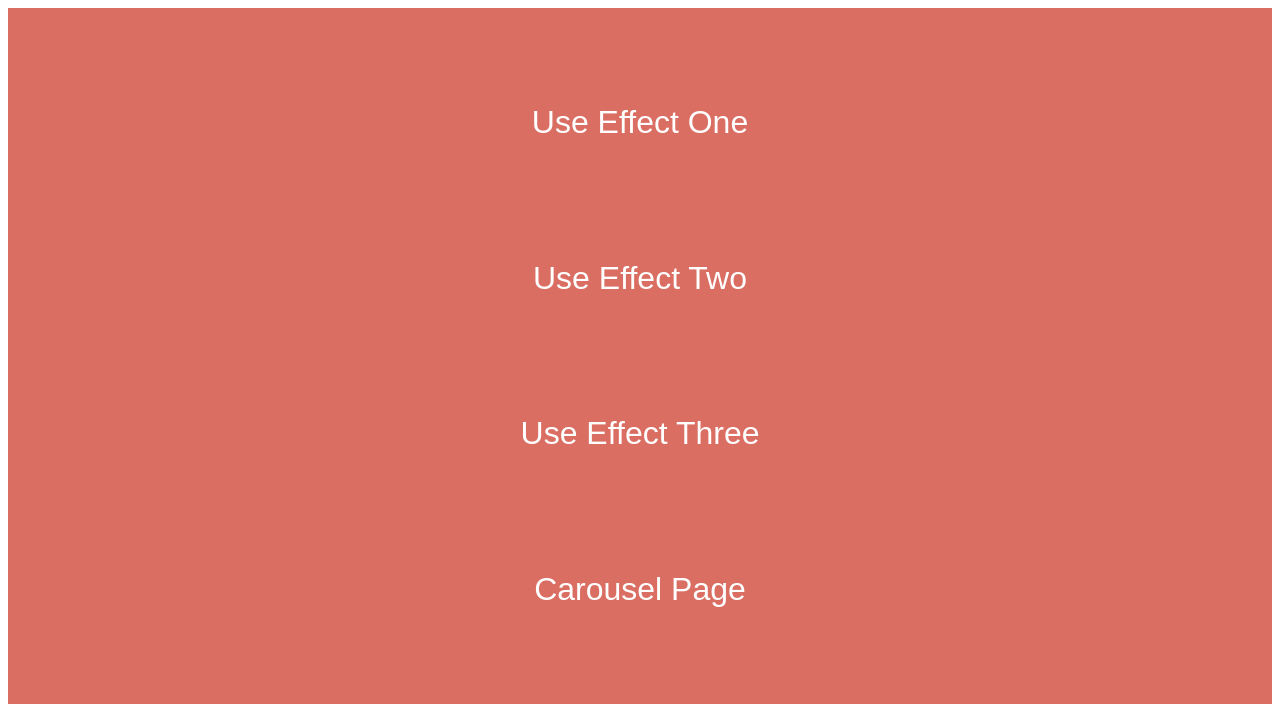
Repository: RonanKhalilOlaes/Class08
Page: /
An editor plug-in stored every save of this project. The page is shown before and after the next save, followed by the edit.
The browser window is 1280 px wide. The pictures show the whole page.
The project was rebuilt for these pictures with package versions that can differ from the ones it lists, and the page was loaded fresh each time. The framework's server and built-in components were replaced by stand-ins that run in the browser. Also part of the build but not shown: next.config.js.

Above is the page before, as saved 2023-02-20 22:27:44.

After the next save:
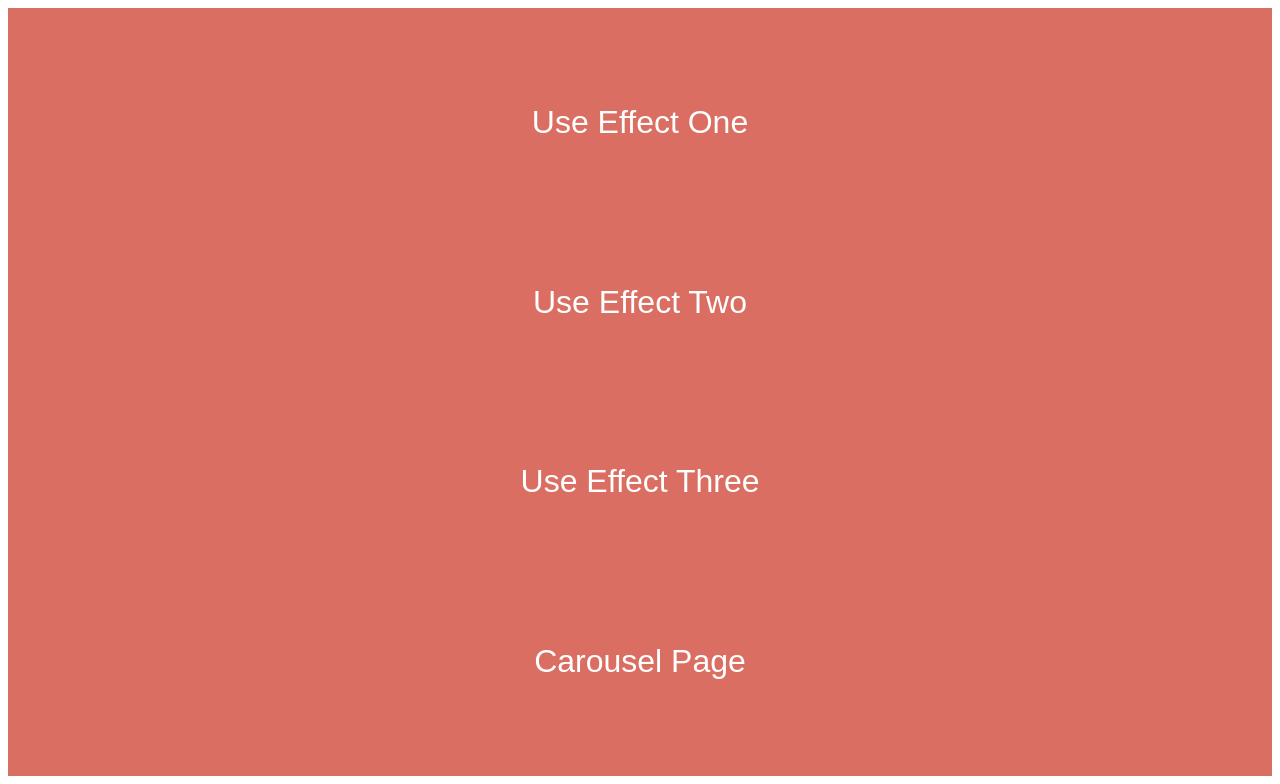
Saved 5 s later.
--- a/styles/Home.module.css
+++ b/styles/Home.module.css
@@ -4,7 +4,7 @@
   justify-content: space-between;
   align-items: center;
   padding: 6rem;
-  min-height: 70vh;
+  min-height: 80vh;
 
   background-color: rgb(218, 110, 98);
 }
